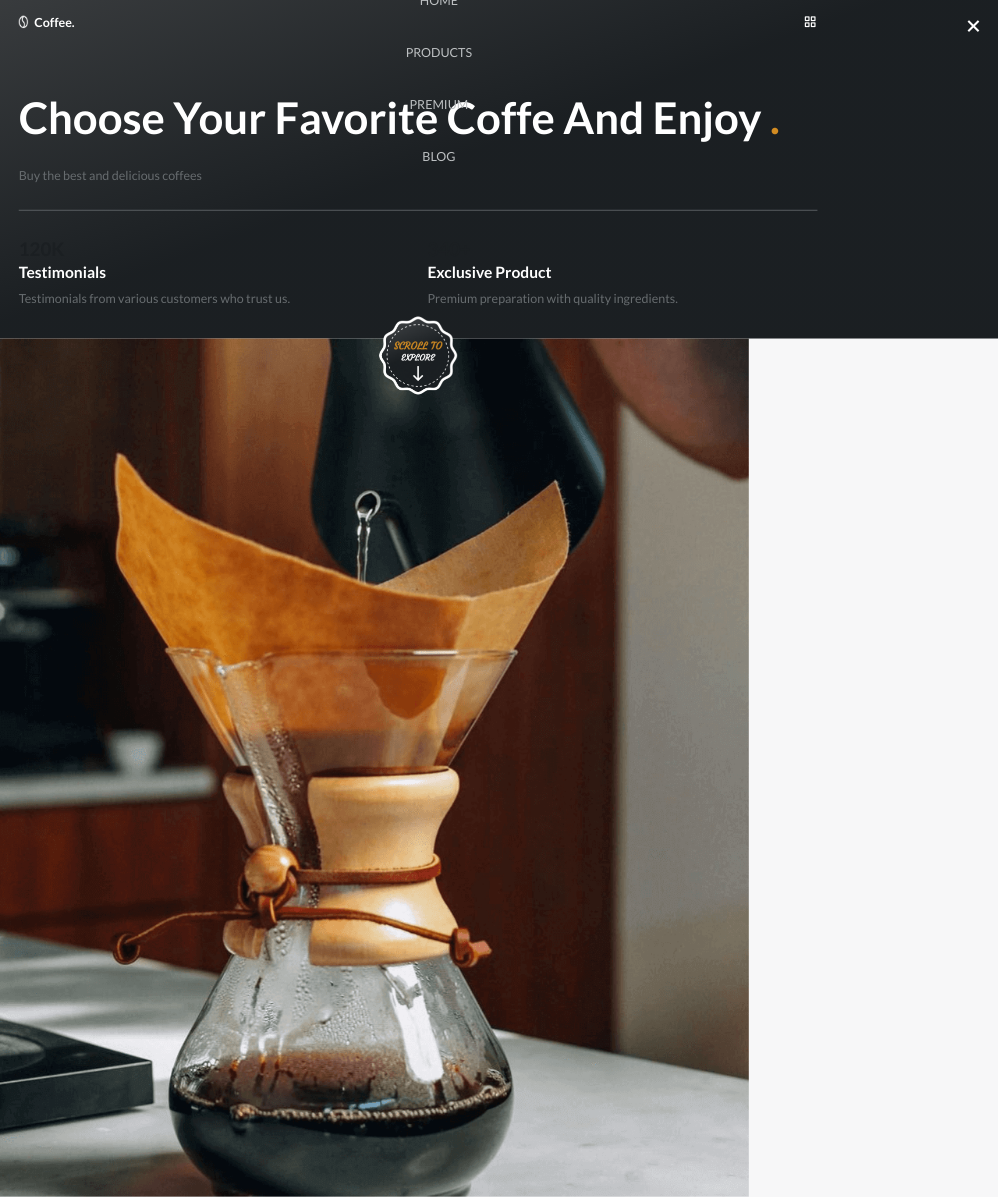
Repository: phong121020/coffee-responsive
Page: index.html
The author's editor kept a copy of each file at every save. The page is drawn from the files as they stood at one save, then again after the next save.
The browser window is 1280 px wide. The pictures show the whole page, at 78% of full size.

Above is the page before, as saved 2022-03-06 18:29:44.
Console error (its wording comes from the project's code and is left out).

### index.html
<!DOCTYPE html>
<html lang="en">
  <head>
    <meta charset="UTF-8" />
    <meta http-equiv="X-UA-Compatible" content="IE=edge" />
    <meta name="viewport" content="width=device-width, initial-scale=1.0" />
    <!-- link -->
    <link rel="stylesheet" href="./assets/css/style.css" />
    <!-- favicon -->
    <link
      rel="shortcut icon"
      href="./assets/img/favicon.png"
      type="image/x-icon"
    />
    <title>Document</title>
    <!-- boxicon -->
    <link
      href="https://unpkg.com/boxicons@2.1.1/css/boxicons.min.css"
      rel="stylesheet"
    />
  </head>
  <body>
    <!-- HEADER -->
    <header class="header" id="header">
      <nav class="nav container">
        <a href="#" class="nav__logo">
          <img src="./assets/img/logo.png" alt="" class="nav__logo-img" />
          Coffee.
        </a>
        <div class="nav__menu" id="nav-menu">
          <ul class="nav__list">
            <li class="nav__item">
              <a href="#home" class="nav__link">Home</a>
            </li>
            <li class="nav__item">
              <a href="#products" class="nav__link">Products</a>
            </li>
            <li class="nav__item">
              <a href="#premium" class="nav__link">Premium</a>
            </li>
            <li class="nav__item">
              <a href="#blog" class="nav__link">Blog</a>
            </li>
          </ul>
          <div class="nav__close" id="nav-close">
            <i class="bx bx-x"></i>
          </div>
        </div>
        <!-- Toggle button -->
        <div class="nav__toggle" id="nav-toggle">
          <i class="bx bx-grid-alt"></i>
        </div>
      </nav>
    </header>
    <!-- MAIN -->
    <main>
      <!-- HOME -->
      <section class="home grid" id="home">
        <div class="home__container">
          <div class="home__content container">
            <h1 class="home__title">
              Choose Your Favorite Coffe And Enjoy <span>.</span>
            </h1>
            <p class="home__desc">Buy the best and delicious coffees</p>
            <div class="home__data">
              <div class="home__data-group">
                <h2 class="home__data-number">120K</h2>
                <h3 class="home__data-title">Testimonials</h3>
                <p class="home__data-desc">
                  Testimonials from various customers who trust us.
                </p>
              </div>
              <div class="home__data-group">
                <h2 class="home__data-number">340+</h2>
                <h3 class="home__data-title">Exclusive Product</h3>
                <p class="home__data-desc">
                  Premium preparation with quality ingredients.
                </p>
              </div>
            </div>
            <a href="#specialty">
              <img src="./assets/img/scroll.png" alt="" class="home__scroll" />
            </a>
          </div>
        </div>
        <img src="./assets/img/home.png" alt="" class="home__img" />
      </section>
    </main>
    <!-- JS -->
    <script src="./assets/js/app.js"></script>
  </body>
</html>

### assets/css/style.css
/*=============== GOOGLE FONTS ===============*/
@import url("https://fonts.googleapis.com/css2?family=Lato:wght@400;700&display=swap");

/*=============== VARIABLES CSS ===============*/
:root {
  --header-height: 3.5rem;

  /*========== Colors ==========*/
  --first-color: hsl(36, 72%, 48%);
  --first-color-alt: hsl(36, 72%, 44%);
  --black-color: hsl(206, 12%, 12%);
  --card-color: hsl(0, 0%, 90%);
  --title-color: hsl(206, 12%, 12%);
  --text-color: hsl(206, 4%, 42%);
  --text-color-light: hsl(206, 4%, 75%);
  --body-color: hsl(206, 4%, 97%);
  --container-color: #fff;

  /*========== Font and typography ==========*/
  --body-font: "Lato", sans-serif;
  --biggest-font-size: 2.25rem;
  --h1-font-size: 1.5rem;
  --h2-font-size: 1.25rem;
  --h3-font-size: 1rem;
  --normal-font-size: 0.938rem;
  --small-font-size: 0.813rem;
  --smaller-font-size: 0.75rem;

  /*========== Font weight ==========*/
  --font-bold: 700;

  /*========== z index ==========*/
  --z-tooltip: 10;
  --z-fixed: 100;
}

@media screen and (min-width: 968px) {
  :root {
    --biggest-font-size: 3.5rem;
    --h1-font-size: 2.25rem;
    --h2-font-size: 1.5rem;
    --h3-font-size: 1.25rem;
    --normal-font-size: 1rem;
    --small-font-size: 0.875rem;
    --smaller-font-size: 0.813rem;
  }
}

/*=============== BASE ===============*/
* {
  box-sizing: border-box;
  padding: 0;
  margin: 0;
}

html {
  scroll-behavior: smooth;
}

body {
  font-family: var(--body-font);
  font-size: var(--normal-font-size);
  background-color: var(--body-color);
  color: var(--text-color);
}

h1,
h2,
h3 {
  color: var(--title-color);
  font-weight: var(--font-bold);
}

h1,
h2,
h3,
p {
  line-height: 140%;
}

ul {
  list-style: none;
}

a {
  text-decoration: none;
}

img {
  max-width: 100%;
  height: auto;
}

button {
  border: none;
  outline: none;
  cursor: pointer;
}

/*=============== REUSABLE CSS CLASSES ===============*/
.container {
  max-width: 1024px;
  margin-left: 1.5rem;
  margin-right: 1.5rem;
}

.grid {
  display: grid;
  gap: 1.5rem;
}

.section {
  padding: 4.5rem 0 2rem;
}

.section__title {
  position: relative;
  font-size: var(--h1-font-size);
  padding-left: 1.25rem;
  margin-bottom: 2.5rem;
}

.section__title::before {
  content: "";
  position: absolute;
  top: 8px;
  left: 0;
  width: 3px;
  height: 20px;
  background-color: var(--first-color);
}

/* HEADER & NAV */
.header {
  width: 100%;
  background-color: transparent;
  position: fixed;
  top: 0;
  left: 0;
  right: 0;
  z-index: var(--z-fixed);
}
.nav {
  height: var(--header-height);
  display: flex;
  justify-content: space-between;
  align-items: center;
}
.nav__logo,
.nav__toggle {
  color: #fff;
}
.nav__logo {
  display: flex;
  align-items: center;
  justify-content: center;
  column-gap: 0.5rem;
  font-weight: var(--font-bold);
}
.nav__logo-img {
  width: 0.75rem;
}
.nav__toggle {
  display: inline-flex;
  font-size: 1.15rem;
  cursor: pointer;
}

@media screen and (max-width: 767px) {
  .nav__menu {
    position: fixed;
    top: 0;
    right: -100%;
    background-color: var(--black-color);
    width: 100%;
    height: 100%;
    transition: 0.3s;
  }
  .nav__menu.is-show {
    right: 0;
  }
}
.nav__list {
  display: flex;
  flex-direction: column;
  text-align: center;
  row-gap: 3rem;
  padding-top: 9rem;
}
.nav__link {
  text-transform: uppercase;
  color: var(--text-color-light);
  transition: 0.3s;
}
.nav__link:hover {
  color: #fff;
}
.nav__close {
  font-size: 2rem;
  position: absolute;
  top: 1rem;
  right: 1rem;
  color: #fff;
  cursor: pointer;
}
/* HOME */
.home {
  gap: 0;
}
.home__container {
  padding: 7rem 0 2.5rem;
  background: linear-gradient(
    160deg,
    hsla(206, 4%, 24%, 1) -4%,
    hsla(206, 12%, 12%, 1) 46%
  );
}
.home__content {
  position: relative;
}
.home__title,
.home__data-title {
  color: #fff;
}
.home__title {
  font-size: var(--biggest-font-size);
  margin-bottom: 1.5rem;
}
.home__title span {
  color: var(--first-color);
}
.home__desc {
  margin-bottom: 2rem;
}
.home__data {
  border-top: 1px solid var(--text-color);
  padding-top: 2rem;
  display: grid;
  grid-template-columns: repeat(2, 1fr);
  column-gap: 1.5rem;
}
.home__data-title {
  font-size: var(--h3-font-size);
  margin-bottom: 0.5rem;
}
.home__scroll {
  position: absolute;
  width: 100px;
  bottom: -7rem;
  left: 0;
  right: 0;
  margin: 0 auto;
  animation: scroll 3s infinite;
}
/* SCROLL IMAGE ANIMATE */
@keyframes scroll {
  0% {
    transform: translateY(0);
  }
  50% {
    transform: translateY(-0.5rem);
  }
  100% {
    transform: translateY(0);
  }
}
/* CHANGE BACKGROUND HEADER */
.scroll-header {
  background-color: var(--body-color);
  box-shadow: 0 1px 4px hsla(0, 4%, 15%, 0.1);
}

### assets/js/app.js
// SHOW MENU
const navToggle = document.querySelector(".nav__toggle");
const navMenu = document.querySelector(".nav__menu");
const navClose = document.querySelector(".nav__close");
const navItem = document.querySelectorAll(".nav__item");
// MENU SHOW
if (navToggle) {
  navToggle.addEventListener("click", function () {
    navMenu.classList.add("is-show");
  });
}
//  MENU HIDDEN
if (navClose) {
  navClose.addEventListener("click", function () {
    navMenu.classList.remove("is-show");
  });
}
// REMOVE MENU MOBILE
[...navItem].forEach((item) =>
  item.addEventListener("click", function () {
    navMenu.classList.remove("is-show");
  })
);
//CHANGE BACKGROUND HEADER
window.addEventListener("scroll", scrollHeader);
function scrollHeader() {
  const header = document.querySelector(".header");
  const headerOffset = header.offsetHeight;
  const windowHeight = document.body.offsetHeight;
  console.log(windowHeight);
  if (headerOffset > 50) {
    header.classList.add("scroll - header");
  } else {
    navToggle.style.color = "white";
  }
}

After the next save:
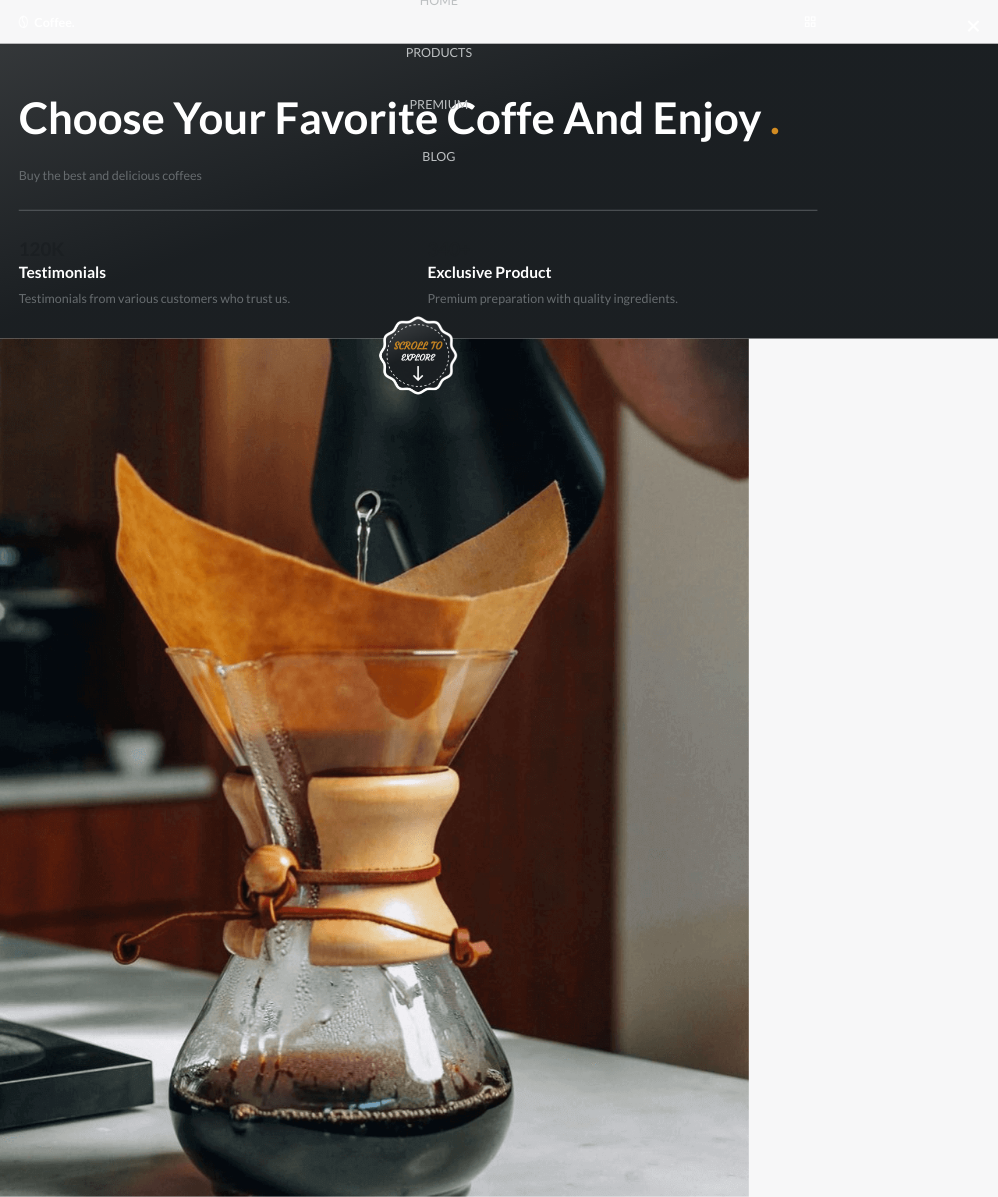
The error is gone.
Saved 4 s later.
--- a/assets/js/app.js
+++ b/assets/js/app.js
@@ -29,7 +29,7 @@ function scrollHeader() {
   const windowHeight = document.body.offsetHeight;
   console.log(windowHeight);
   if (headerOffset > 50) {
-    header.classList.add("scroll - header");
+    header.classList.add("scroll-header");
   } else {
     navToggle.style.color = "white";
   }
